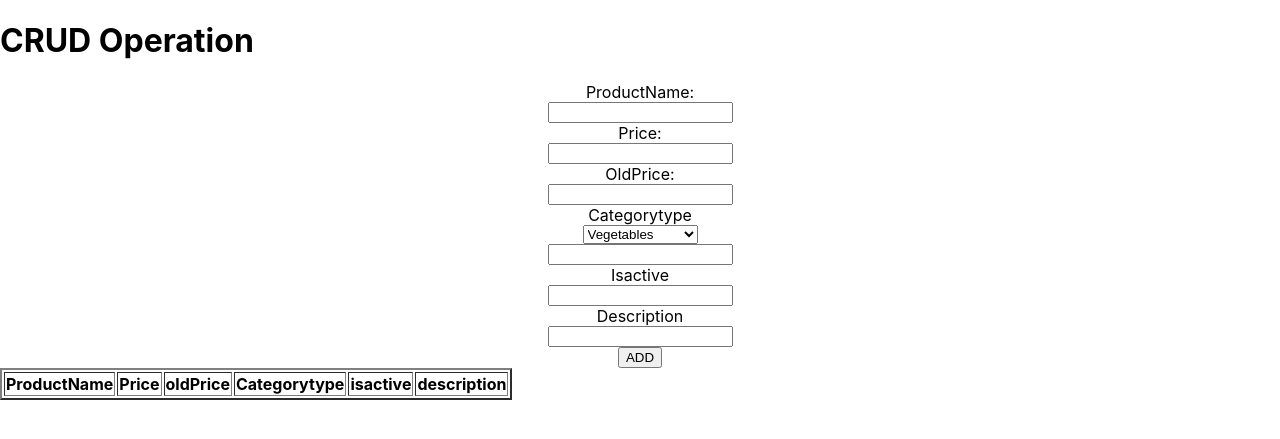
Repository: Josephkennedy603/Tridots-CRUD
Page: /
An editor plug-in stored every save of this project. The page is shown before and after the next save, followed by the edit.
The browser window is 1280 px wide. The pictures show the whole page.
The page's requests for data from a server got no answer. The project was rebuilt for these pictures with package versions that can differ from the ones it lists, and the page was loaded fresh each time. No one was signed in, and anything a server would have sent is missing.

Above is the page before, as saved 2024-09-20 17:07:05.

### src/App.jsx
import "./App.css";
import Create from "./create";
import { useState, useEffect } from "react";
import {
  collection,
  getDocs,
  onSnapshot,
  updateDoc,
  doc,
  deleteDoc,
} from "firebase/firestore";
import { db } from "./firebase";

export const userCollectionRef = collection(db, "record");
console.log("user data1", userCollectionRef);

function App() {
  const [products, setProducts] = useState([]);

  useEffect(() => {
    console.log("productdetails", products);
    // getUsers();
    const snapShot = onSnapshot(userCollectionRef, (snapshotparm) => {
      setProducts(
        snapshotparm.docs.map((doc) => ({
          ...doc.data(),
          id: doc.id,
        }))
      );
    });

    return () => snapShot();
  }, []);

  return (
    <div className="main-container">
      <h1>CRUD Operation</h1>
      <Create />

      {/* ProductName,
    Price,
    oldPrice,
    Categorytype,
    isactive,
    description, */}
      <table border={2}>
        <tbody>
          <tr>
            <th>ProductName</th>
            <th>Price</th>
            <th>oldPrice</th>
            <th>Categorytype</th>
            <th>isactive</th>
            <th>description</th>
          </tr>
          {products.map((u) => {
            console.log(u);
            return (
              <tr key={u.ProductName}>
                <td>{u.Price}</td>
                <td>{u.oldPrice}</td>
                <td>{u.Categorytype}</td>
                <td>{u.isactive}</td>
                <td>{u.description}</td>
                <td>
                  <button
                    // onClick={() => updateInput(u.id, u.Name, u.Age, u.Email)}
                    style={{ backgroundColor: "lightgreen" }}
                  >
                    Update
                  </button>
                </td>
                <td>
                  <button
                    // onClick={() => deleteUser(u.id)}
                    style={{ backgroundColor: "#ff0000" }}
                  >
                    Delete
                  </button>
                </td>
              </tr>
            );
          })}
        </tbody>
      </table>
    </div>
  );
}

export default App;

### src/App.css
.main-input {
  display: flex;
  flex-direction: column;
  align-items: center;
  justify-content: center;
}

### src/create.jsx
import React from "react";
import { useState } from "react";
import { userCollectionRef } from "./App";
import { addDoc } from "firebase/firestore";
import "./App";
// Product -> list, Add, Edit, delete Paramater: Product Name (type: string), Price (type: number), Old Price (type: number), Category type (type: select), is active (type: checkbox), description (type: textarea) Category list => Vegetables, Fruits & Nuts, Dairy & creams, Packages Food , Staples
const Create = ({ refetchUser }) => {
  const [ProductName, setProductName] = useState("");
  const [Price, setPrice] = useState();
  const [oldPrice, setOldPrice] = useState();
  const [Categorytype, setCategorytype] = useState();
  const [isactive, setisActive] = useState();
  const [description, setDescription] = useState();

  const data1 = {
    ProductName,
    Price,
    oldPrice,
    Categorytype,
    isactive,
    description,
  };

  const handleClick = async () => {
    const data = await addDoc(userCollectionRef, data1);
    setProductName("");
    setPrice("");
    setOldPrice("");
    setCategorytype("");
    setisActive("");
    setDescription("");

    // refetchUser();
    // console.log("for create ", data);
  };

  return (
    <div className="main-input">
      <label>ProductName:</label>
      <input
        name="Name:"
        type="text"
        value={ProductName}
        onChange={(e) => setProductName(e.target.value)}
        required
      />
      <label>Price:</label>
      <input
        type="number"
        name="Age"
        value={Price}
        onChange={(e) => setPrice(Number(e.target.value))}
        required
      />
      <label>OldPrice:</label>
      <input
        type="number"
        value={oldPrice}
        onChange={(e) => setOldPrice(e.target.value)}
        required
      />

      <label>Categorytype</label>
      <select name="" id="">
        <option value="">Vegetables</option>
        <option value="">Fruits & Nuts</option>
        <option value="">Dairy & creams</option>
        <option value="">Packages Food</option>
        <option value=""> Staples</option>
      </select>
      <input
        type="select"
        name="Phone Number"
        value={Categorytype}
        onChange={(e) => setCategorytype(Number(e.target.value))}
        required
      />
      <label>Isactive</label>
      <input
        type=""
        name="Phone Number"
        value={isactive}
        onChange={(e) => setDescription(e.target.value)}
        required
      />
      <label>Description</label>
      <input
        type="text"
        name="Phone Number"
        value={description}
        onChange={(e) => setisActive(Number(e.target.value))}
        required
      />
      <input type="submit" value={"ADD"} onClick={handleClick} />
    </div>
  );
};

export default Create;

### src/firebase.js
// Product -> list, Add, Edit, delete Paramater: Product Name (type: string), Price (type: number), Old Price (type: number), Category type (type: select), is active (type: checkbox), description (type: textarea) Category list => Vegetables, Fruits & Nuts, Dairy & creams, Packages Food , Staples
// Import the functions you need from the SDKs you need
import { initializeApp } from "firebase/app";
import { getFirestore } from "firebase/firestore";
// import { getAnalytics } from "firebase/analytics";

const firebaseConfig = {
  apiKey: "AIzaSyB6ZR0S_52AlqGIUs87cyuSaj7Dp9EP9nk",
  authDomain: "crud-operation-7754e.firebaseapp.com",
  projectId: "crud-operation-7754e",
  storageBucket: "crud-operation-7754e.appspot.com",
  messagingSenderId: "941097712371",
  appId: "1:941097712371:web:aad3664dddf0ff5721d586",
  measurementId: "G-CM49X6XD0N",
};

// Initialize Firebase
const app = initializeApp(firebaseConfig);
export const db = getFirestore(app);

export default app;

Loaded but not shown: public/index.html (common file); src/index.js (common file); src/index.css (common file); src/reportWebVitals.js (common file)

After the next save:
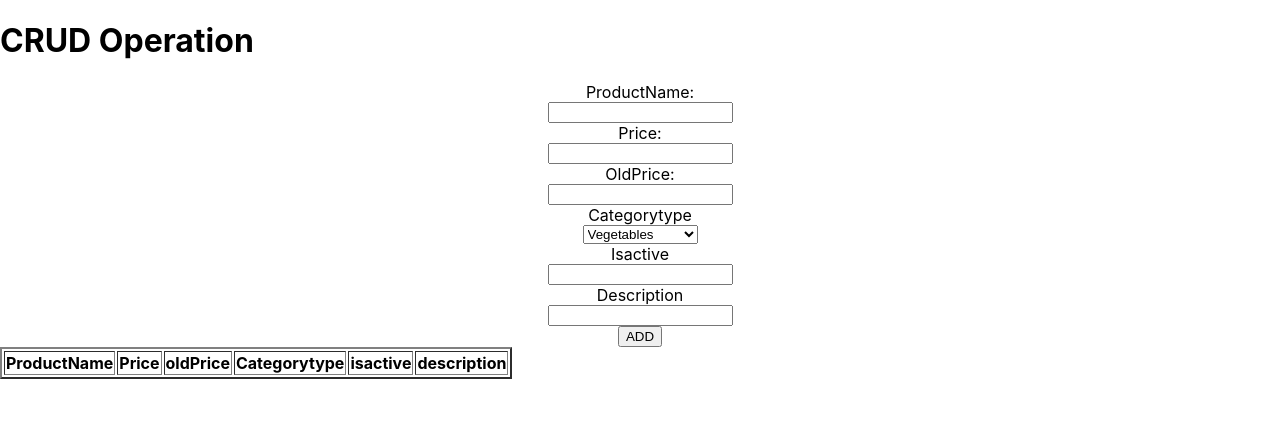
Saved 27 s later.
--- a/src/create.jsx
+++ b/src/create.jsx
@@ -61,20 +61,20 @@ const Create = ({ refetchUser }) => {
       />
 
       <label>Categorytype</label>
-      <select name="" id="">
+      <select
+        name=""
+        id=""
+        value={Categorytype}
+        onChange={(e) => setCategorytype(Number(e.target.value))}
+        required
+      >
         <option value="">Vegetables</option>
         <option value="">Fruits & Nuts</option>
         <option value="">Dairy & creams</option>
         <option value="">Packages Food</option>
         <option value=""> Staples</option>
       </select>
-      <input
-        type="select"
-        name="Phone Number"
-        value={Categorytype}
-        onChange={(e) => setCategorytype(Number(e.target.value))}
-        required
-      />
+
       <label>Isactive</label>
       <input
         type=""
